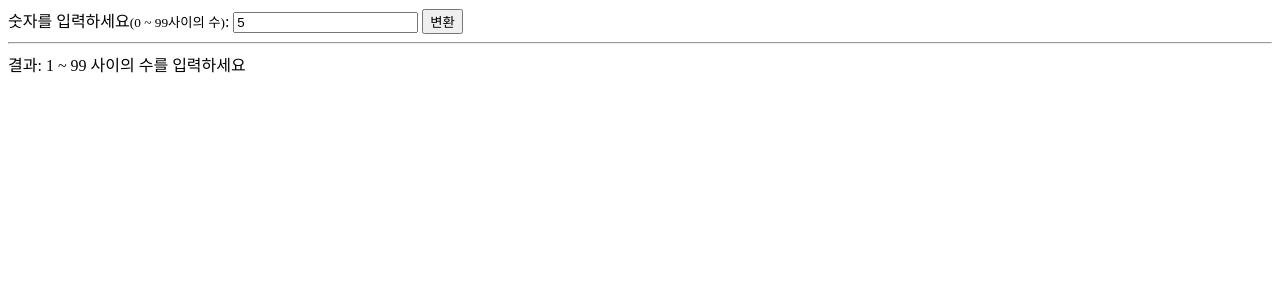
Repository: Jin0207/javaScript
Page: day0103/src/main/webapp/numberToKor.html
These files come from the project's save history. The page is drawn as it stood at one moment and after the next save; the edit follows.
The browser window is 1280 px wide. The pictures show the whole page.
Empty fields were first filled with sample values (such as "Sample", 5 or name@example.com).
After loading, the first visible `button` was clicked once.

Above is the page before, as saved 2022-01-03 11:01:03.

### day0103/src/main/webapp/numberToKor.html
<!DOCTYPE html>
<html>
<head>
<meta charset="UTF-8">
<title>Insert title here</title>
<script type="text/javascript">
	function chgKor() {
		const num = document.getElementById("num").value;
		let result = "";
		if(num.length <= 2){
			for(let i = 0; i < num.length; i++){
				if(i == 2){
					result += "십";
				}

				switch (num) {
				case 1: result += "일";break;
				case 2: result += "이";break;
				case 3: result += "삼";break;
				case 4: result += "사";break;
				case 5: result += "오";break;
				case 6: result += "육";break;
				case 7: result += "칠";break;
				case 8: result += "팔";break;
				case 9: result += "구";break;
				default: result="1 ~ 99 사이의 수를 입력하세요";break;
				}
			}
		}else{
			result = "1 ~ 99 사이의 수를 입력하세요";
		}

		document.getElementById("result").innerHTML = result;
	}
</script>
</head>
<body>
	숫자를 입력하세요<small>(0 ~ 99사이의 수)</small>: <input type="number" id="num">
	<button onclick="chgKor()">변환</button>
	<hr>
	결과: <span id="result"></span>
</body>
</html>

After the next save:
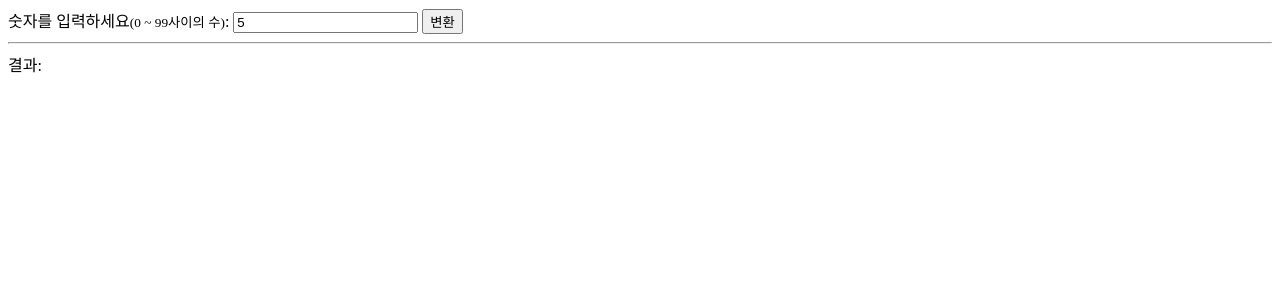
Console error: TypeError: Assignment to constant variable.
Saved 26 s later.
--- a/day0103/src/main/webapp/numberToKor.html
+++ b/day0103/src/main/webapp/numberToKor.html
@@ -7,8 +7,10 @@
 	function chgKor() {
 		const num = document.getElementById("num").value;
 		let result = "";
+
 		if(num.length <= 2){
 			for(let i = 0; i < num.length; i++){
+				num = Number(num);
 				if(i == 2){
 					result += "십";
 				}
